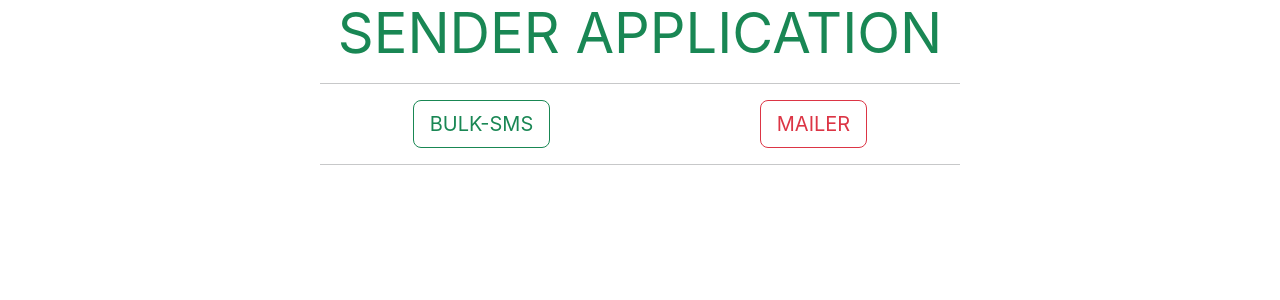
Repository: oluwaseyi9325/react-redux
Page: /mailer
These files come from the project's save history. The page is drawn as it stood at one moment and after the next save; the edit follows.
The browser window is 1280 px wide. The pictures show the whole page.
The project was rebuilt for these pictures with package versions that can differ from the ones it lists, and the page was loaded fresh each time. Also part of the build but not shown: src/Pages/Index.tsx, src/Pages/NotFond.tsx.

Above is the page before, as saved 2023-04-18 17:19:00.

After the next save:
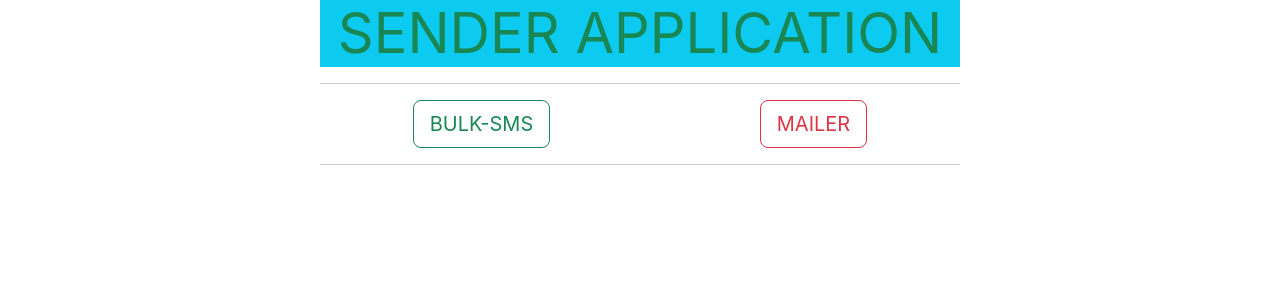
Saved 15 s later.
--- a/src/Components/NavBar.tsx
+++ b/src/Components/NavBar.tsx
@@ -5,7 +5,7 @@ const NavBar = () => {
     <>
 
       <div className='text-center col-6 mx-auto'>
-        <h4 className='text-success display-4'><b>SENDER APPLICATION</b></h4>
+        <h4 className='text-success display-4 bg-info'><b>SENDER APPLICATION</b></h4>
         <hr/>
         <div className='gap-4 d-flex justify-content-around'>
             <button className='btn btn-outline-success btn-lg'>BULK-SMS</button>
